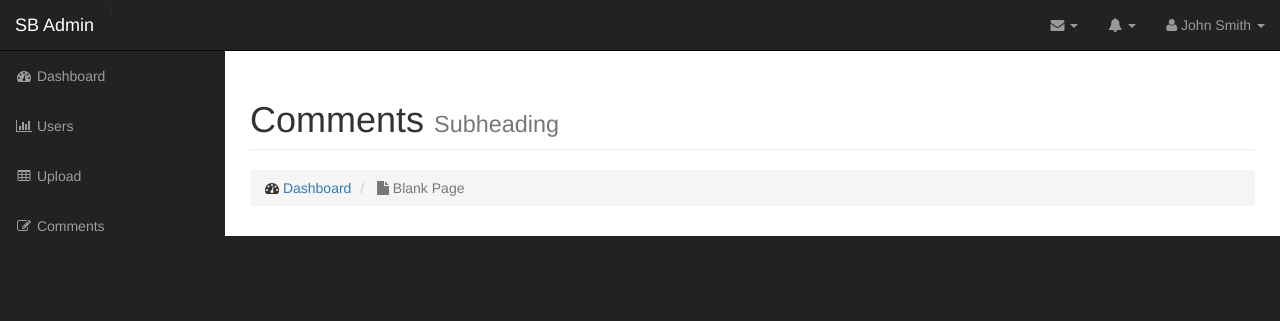
Repository: Dennis-star1001/PHP_OOP
Page: http://localhost/admin/comment.php
The author's editor kept a copy of each file at every save. The page is drawn from the files as they stood at one save, then again after the next save.
The browser window is 1280 px wide. The pictures show the whole page.
The page is run by PHP 8.4 with error messages shown; the project is at /var/www/html/.

Above is the page before, as saved 2022-07-12 22:41:26.

After the next save:
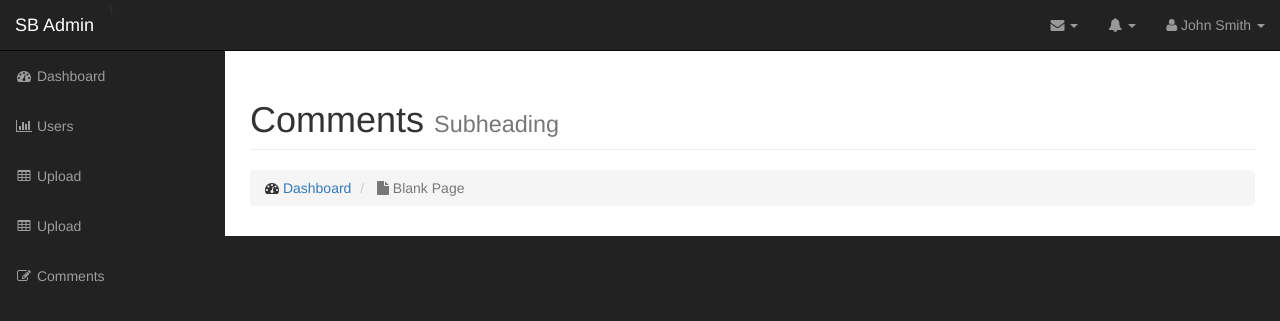
Saved 8 min 40 s later.
--- a/admin/includes/side_nav.php
+++ b/admin/includes/side_nav.php
@@ -10,6 +10,9 @@
             <a href="upload.php"><i class="fa fa-fw fa-table"></i> Upload</a>
         </li>
         <li>
+            <a href="photos.php"><i class="fa fa-fw fa-table"></i> Upload</a>
+        </li>
+        <li>
             <a href="comment.php"><i class="fa fa-fw fa-edit"></i> Comments</a>
         </li>
     </ul>
